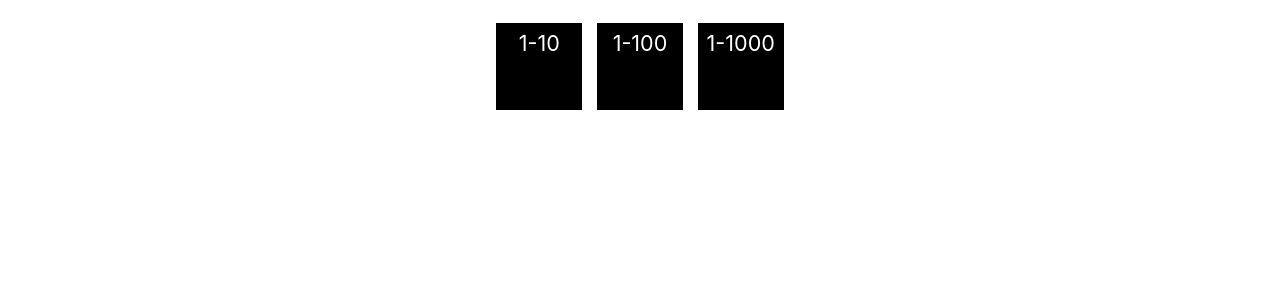
Repository: michalgornicki/number-generator
Page: /
The author's editor kept a copy of each file at every save. The page is drawn from the files as they stood at one save, then again after the next save.
The browser window is 1280 px wide. The pictures show the whole page.
The project was rebuilt for these pictures with package versions that can differ from the ones it lists, and the page was loaded fresh each time.

Above is the page before, as saved 2021-12-03 13:42:07.

After the next save:
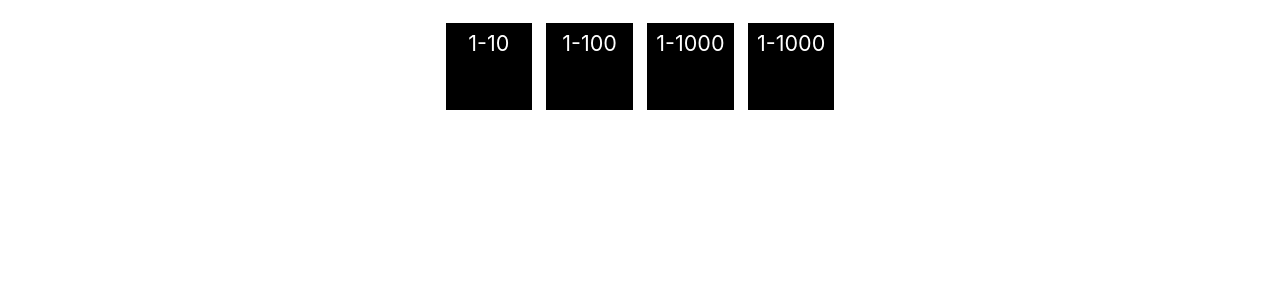
Saved 5 s later.
--- a/src/App.jsx
+++ b/src/App.jsx
@@ -19,6 +19,10 @@ function App() {
         className="button"
         onClick={() => setState([...state, Math.floor(Math.random() * 1000)])}
       >1-1000</div>
+      <div
+        className="button"
+        onClick={() => setState([...state, Math.floor(Math.random() * 1000)])}
+      >1-1000</div>
       </div>
 
       <div className="map">
